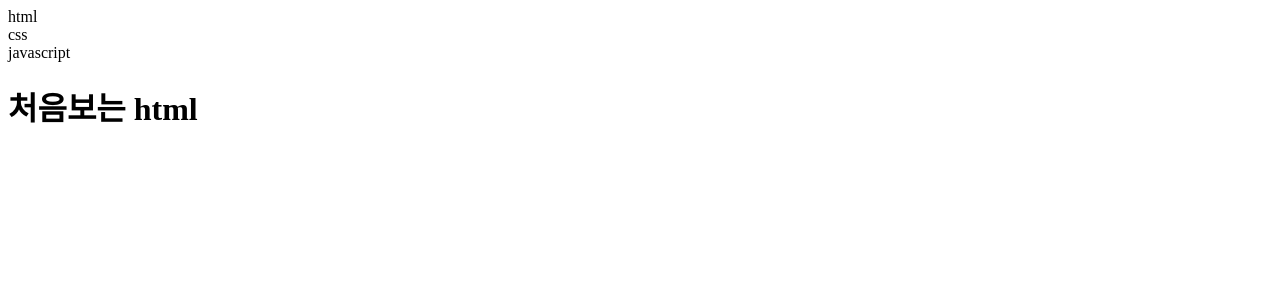
Repository: rightsecond3/java52
Page: workspace_script/dev_html/WebContent/html_day1/basicEl.html
An editor plug-in stored every save of this project. The page is shown before and after the next save, followed by the edit.
The browser window is 1280 px wide. The pictures show the whole page.

Above is the page before, as saved 2019-06-04 02:53:51.

### workspace_script/dev_html/WebContent/html_day1/basicEl.html
<!DOCTYPE html>
<html>
<!-- head영역에는 CSS소스를 추가하거나 JavaScript 소스를 추가할 수 있다.
head영역에는 title 태그를 사용할 수 있다.
 -->
<head>
<meta charset="EUC-KR">
<title>Insert title here</title>
</head>
<body>
<!-- 화면처리 내용을 볼 수 있다. -->
html<br>
css<br>
javascript
<h1>처음보는 html</h1>
</body>
</html>

After the next save:
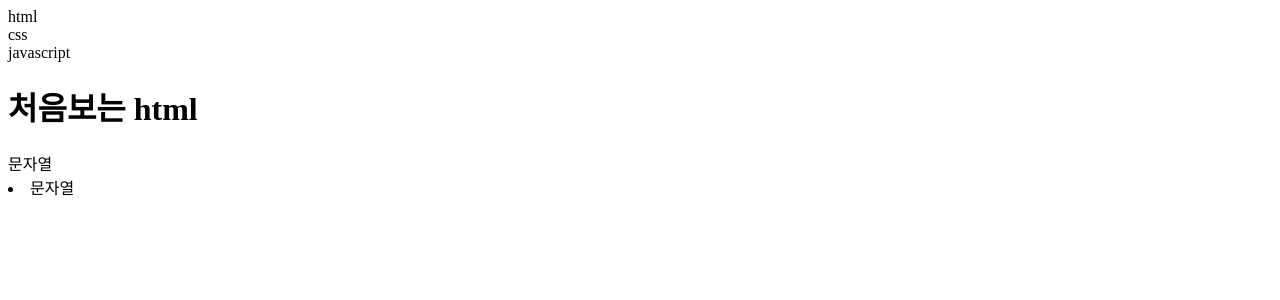
Saved 10 min 43 s later.
--- a/workspace_script/dev_html/WebContent/html_day1/basicEl.html
+++ b/workspace_script/dev_html/WebContent/html_day1/basicEl.html
@@ -13,5 +13,7 @@ html<br>
 css<br>
 javascript
 <h1>처음보는 html</h1>
+문자열<!-- 태그이름은 없고 값이긴 하다. -->
+<li><font coloer="red">문자열</font></li>
 </body>
 </html>
